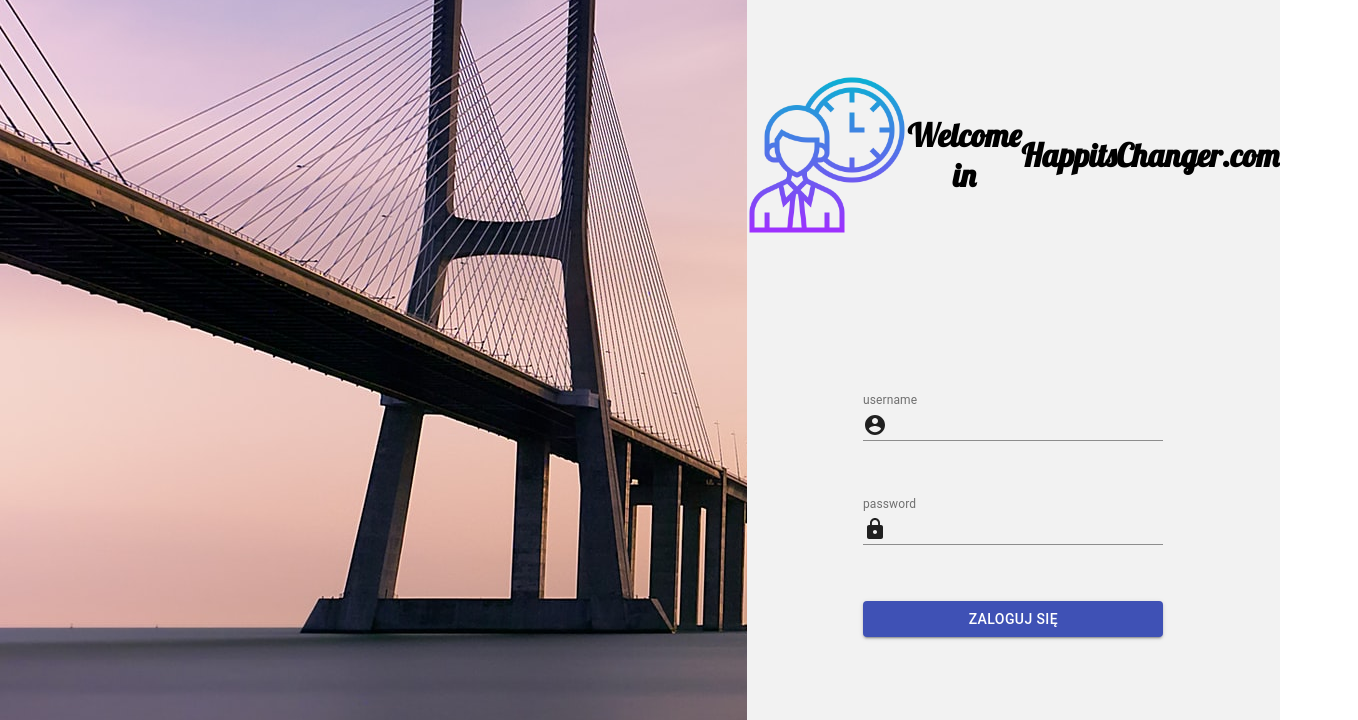
Repository: pgruca96/HappitsChanger
Page: /
An editor plug-in stored every save of this project. The page is shown before and after the next save, followed by the edit.
The browser window is 1280 px wide. The page is 1280 px wide, then 1358 px, so the pictures cover 1358 px, including what lies to the right of the window. The pictures show the whole page.
The project was rebuilt for these pictures with package versions that can differ from the ones it lists, and the page was loaded fresh each time. Also part of the build but not shown: src/containers/mainPage/index.js.

Above is the page before, as saved 2020-11-01 22:20:51.

After the next save:
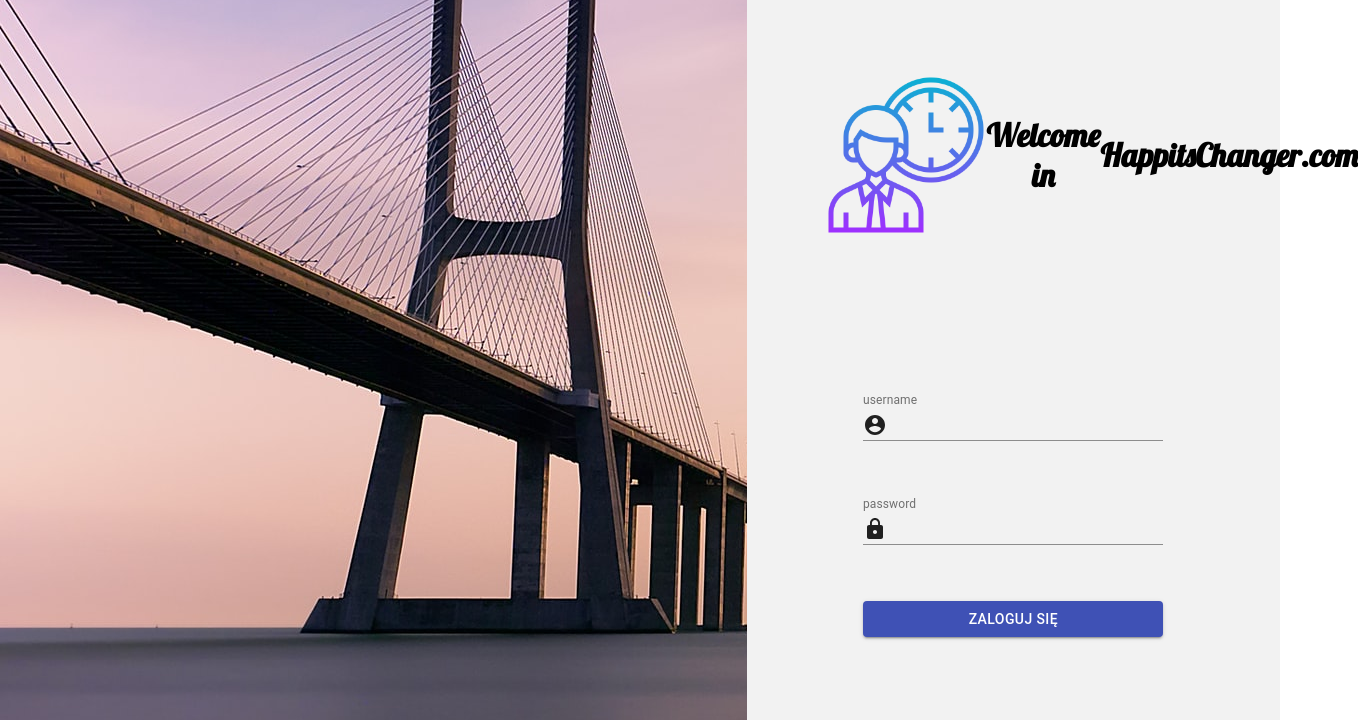
Saved 18 s later.
--- a/src/containers/loginPage/index.js
+++ b/src/containers/loginPage/index.js
@@ -27,7 +27,7 @@
                   Welcome
                   <br /> in <br />
                 </Header>
-                <Header>HappitsChanger.com</Header>
+                <Header width="100px">HappitsChanger.com</Header>
               </LogoContainer>
               <LoginForm />
             </Box>
